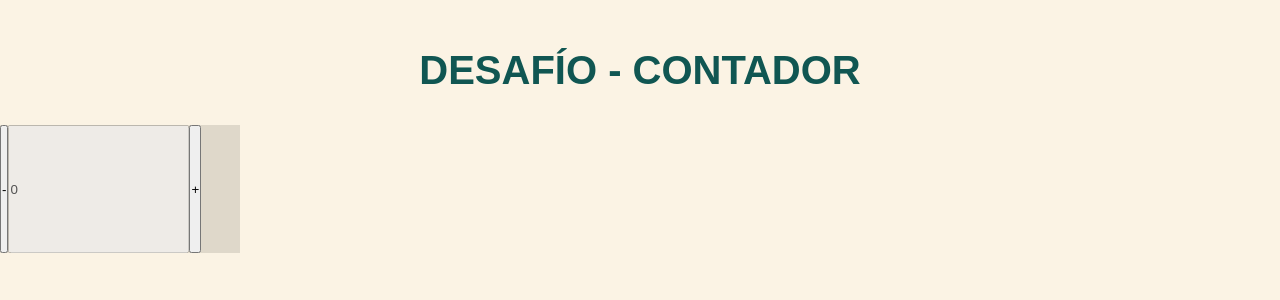
Repository: r-urchi/vue-coderhouse
Page: index.html
These files come from the project's save history. The page is drawn as it stood at one moment and after a run of saves; the edit follows.
The browser window is 1280 px wide. The pictures show the whole page.
The style sheet was rebuilt from its Sass, Less or Tailwind sources for each picture, by a compiler version that may differ from the author's.

Above is the page before, as saved 2021-11-13 11:02:19.

### index.html
<!DOCTYPE html>
<html lang="en">
<head>
    <meta charset="UTF-8">
    <meta http-equiv="X-UA-Compatible" content="IE=edge">
    <meta name="viewport" content="width=device-width, initial-scale=1.0">
    <link rel="stylesheet" href="css/main.css">
    <script src="https://cdn.jsdelivr.net/npm/vue@2.6.14/dist/vue.js"></script>
    <script defer src="js/app.js"></script>
    <title>Clase 2</title>
</head>
<body>

    <div id="app">

        <h1>Desafío - Contador</h1>
        <div class="counter__container">
            <button v-on:click=subtract() class="counter__btn">-</button>
            <input type="number" v-bind:value="counterValue" class="counter__value" disabled/>
            <button v-on:click=add() class="counter__btn">+</button>
        </div>

    </div>

</body>
</html>

### js/app.js
var app = new Vue({
    el: '#app',
    data: {
      counter: 0,
    },
    methods: {
        add(){
            this.counter++;
        },
        subtract(){
            this.counter === 0 ? this.counter = 0 : this.counter--;
        },
    },
    computed: {
        counterValue(){
            return this.counter
        },
    },
});

### css/main.sass
@import _basic

@import _counter

### css/_basic.sass
*
    margin: 0
    padding: 0
    box-sizing: border-box

body
    background: #FBF3E4
    font-family: sans-serif
    color: #105652

#app
    width: 100%
    height: 100%

### css/_counter.sass
h1
    text-align: center
    text-transform: uppercase
    font-size: 2.5rem
    margin: 3rem auto 2rem auto

.counter__container
    width: 15rem
    height: 8rem
    background: #DFD8CA
    display: flex
    jus

After the next 2 saves:
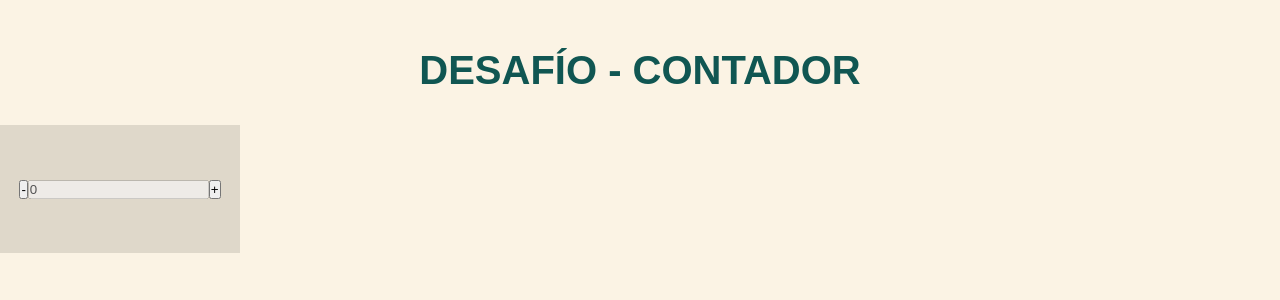
The 2 saves are shown as one change because they came seconds apart.
The last was saved 11 s later.
--- a/css/_counter.sass
+++ b/css/_counter.sass
@@ -9,4 +9,5 @@ h1
     height: 8rem
     background: #DFD8CA
     display: flex
-    jus
+    justify-content: center
+    align-items: center
